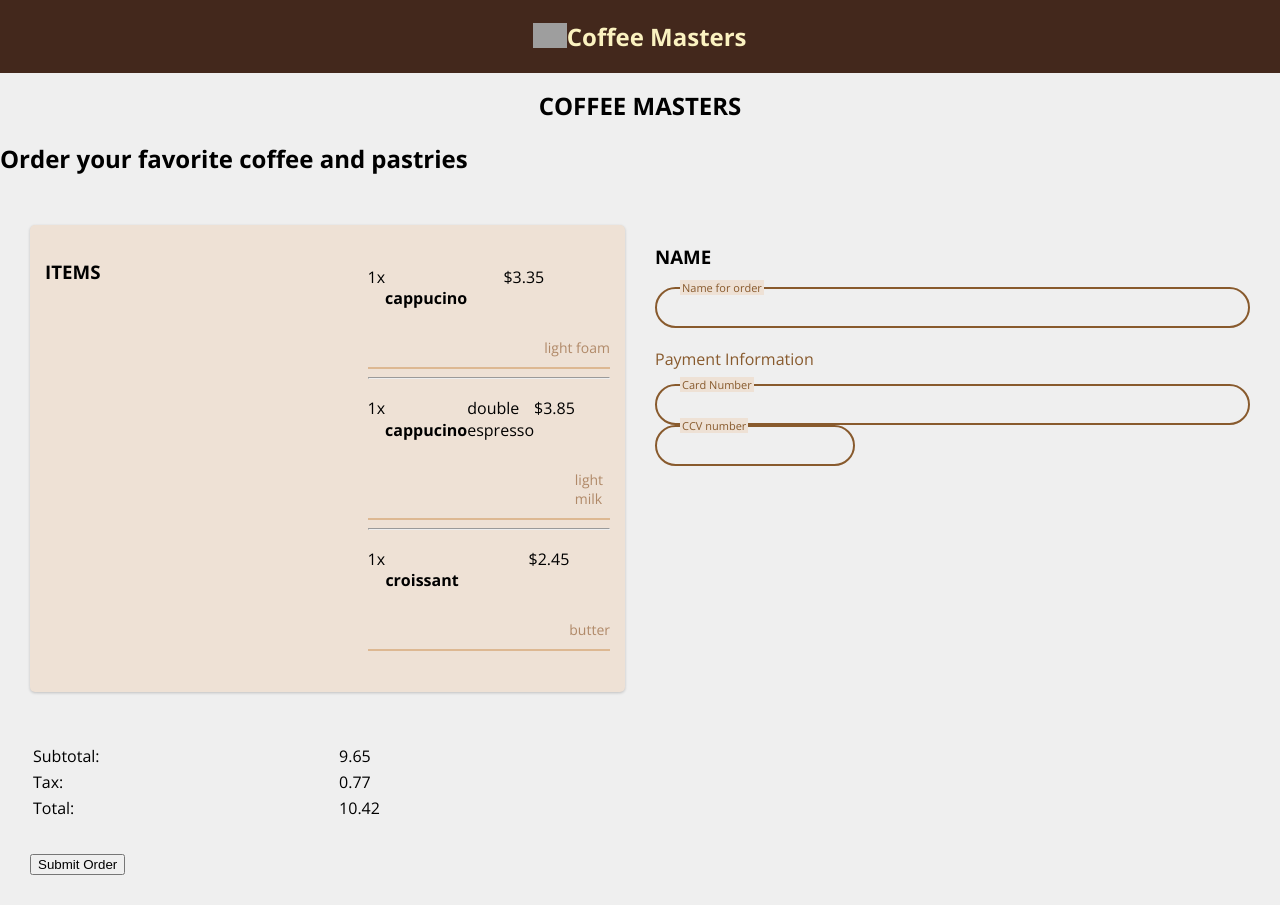
Repository: RkBeau/coffe_fm
Page: index.html
The author's editor kept a copy of each file at every save. The page is drawn from the files as they stood at one save, then again after the next save.
The browser window is 1280 px wide. The pictures show the whole page.
Pictures or frames that could not be fetched are drawn as grey boxes.

Above is the page before, as saved 2024-04-19 00:59:00.

After the next save:
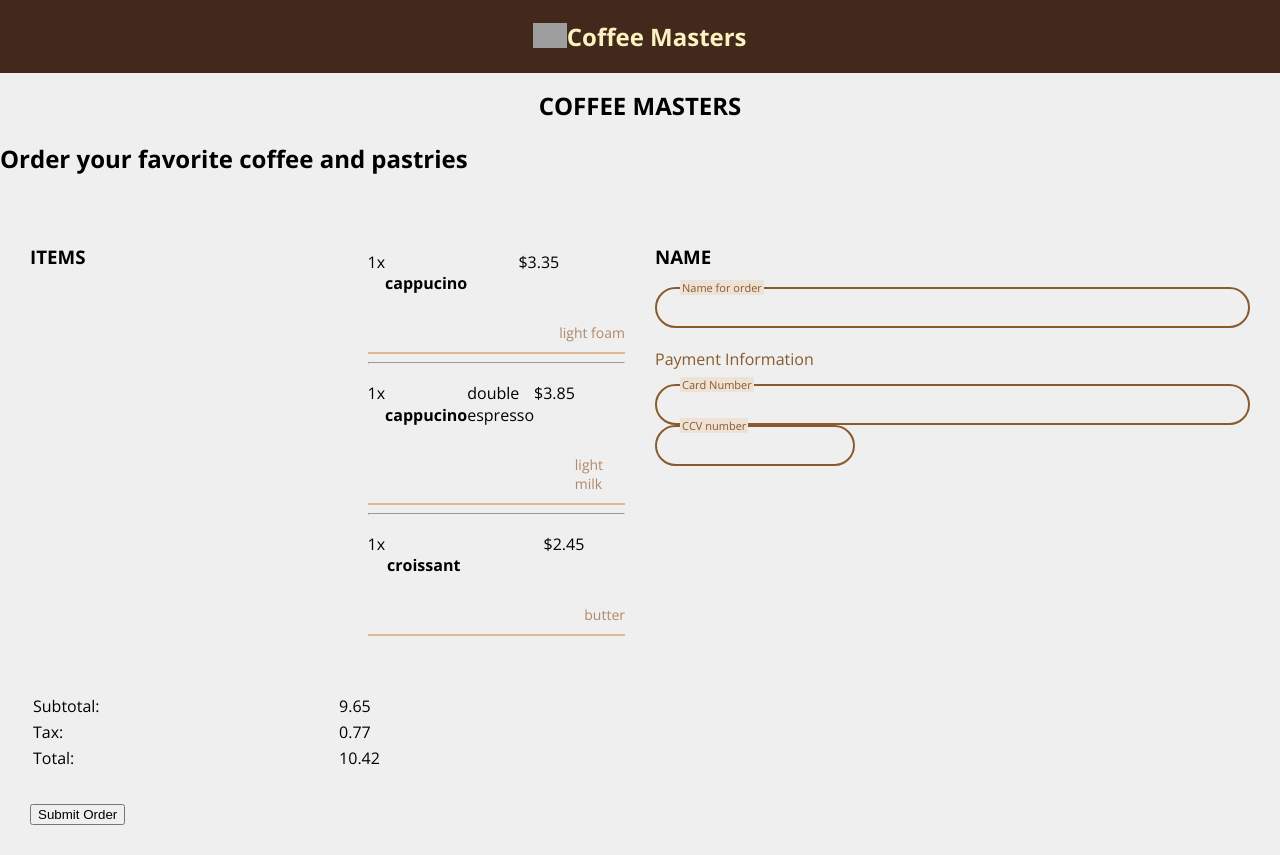
Saved 2 min 3 s later.
--- a/styles.css
+++ b/styles.css
@@ -31,7 +31,7 @@ main {
     top:3px;
 }
 
-.orderbox {
+.box {
     background-color: #eee1d5;
     border-radius: 5px;
     box-shadow: 0 1px 3px rgb(0 0 0 / 20%);
